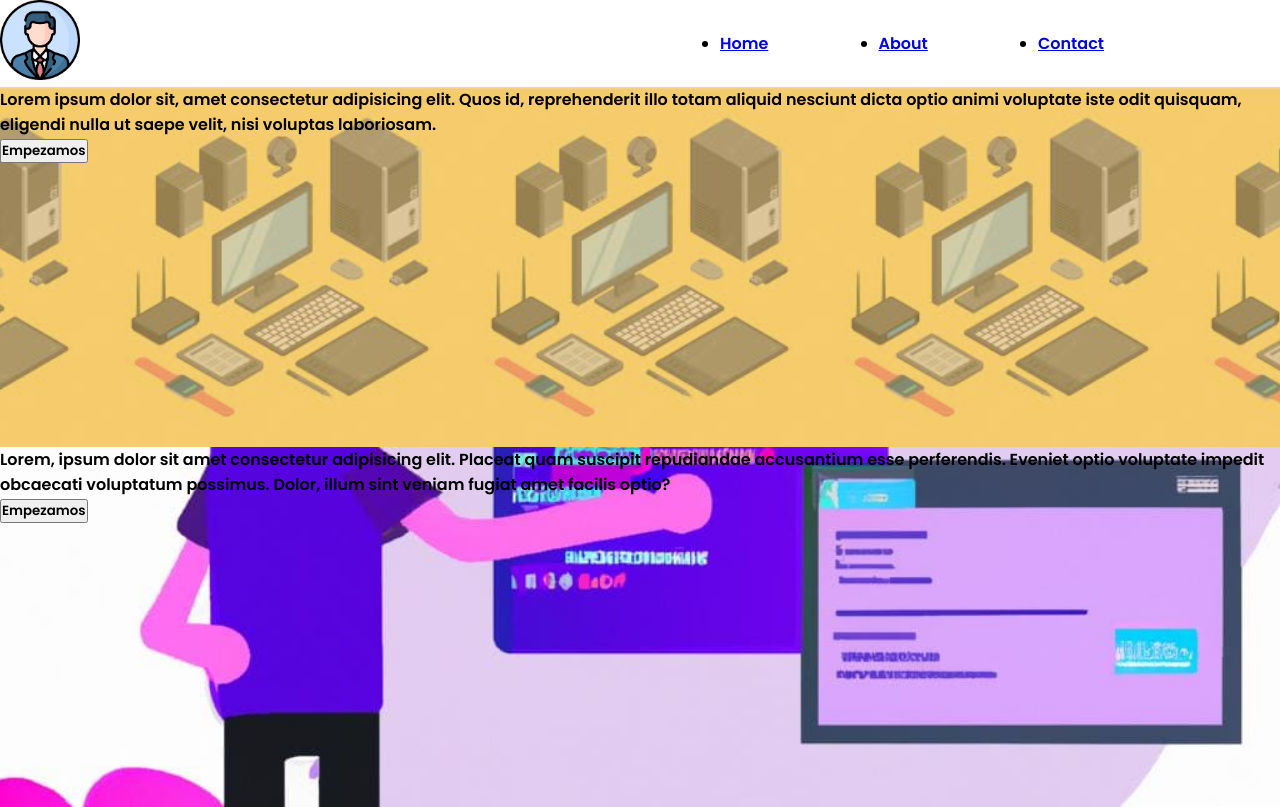
Repository: Sxcram02/projects
Page: screen-split/index.html
These files come from the project's save history. The page is drawn as it stood at one moment and after the next save; the edit follows.
The browser window is 1280 px wide. The pictures show the whole page.

Above is the page before, as saved 2023-03-17 00:30:37.

### screen-split/index.html
<!DOCTYPE html>
<html lang="en">
<head>
    <meta charset="UTF-8">
    <meta http-equiv="X-UA-Compatible" content="IE=edge">
    <meta name="viewport" content="width=device-width, initial-scale=1.0">
    <link rel="stylesheet" href="https://cdn.jsdelivr.net/npm/boxicons@latest/css/boxicons.min.css">
    <link rel="stylesheet" href="style/index.css" type="text/css">
    <title>Screen Split</title>
</head>
<body>
    <div class="root-element">
    <header>
        <div class="image-perfil">
            <img src="media/Sin título.png" class="photoPerfil" alt="">
        </div>
        <nav>
            <ul>
                <li><a href="/index.html">Home</a></li>
                <li><a href="#">About</a></li>
                <li><a href="#">Contact</a></li>
            </ul>
        </nav>
    </header>
    <main>
        <aside class="box-text">
            <div class="image-filterHard">
            <p>Lorem ipsum dolor sit, amet consectetur adipisicing elit. Quos id, reprehenderit illo totam aliquid nesciunt dicta optio animi voluptate iste odit quisquam, eligendi nulla ut saepe velit, nisi voluptas laboriosam.</p>
            <button>Empezamos</button>
            </div>
        </aside>
        <aside class="box-software">
            <div class="image-filterSoft">
            <p>Lorem, ipsum dolor sit amet consectetur adipisicing elit. Placeat quam suscipit repudiandae accusantium esse perferendis. Eveniet optio voluptate impedit obcaecati voluptatum possimus. Dolor, illum sint veniam fugiat amet facilis optio?</p>
            <button>Empezamos</button>
            </div>
        </aside>
    </main>
    </div>
</body>
</html>

### screen-split/style/index.css
@import url('https://fonts.googleapis.com/css2?family=Poppins:ital,wght@0,600;0,700;0,800;1,700&display=swap');

* {
    padding: 0;
    margin: 0;
    box-sizing: border-box;
    font-family: 'Poppins',sans-serif;
}

header {
    width: 100vw;
    display: flex;
    justify-content: start;
    align-items: center;
}

.photoPerfil {
    width: 80px;
}

nav {
    margin-left: 50%;
    width: 30%;
}

nav ul {
    display: flex;
    justify-content: space-between;
    align-items: center;
}

main {
    width:100vw;
    height: 50vh;
}

aside {
    width: 100%;
    height: 100%;
}

.box-text {
    background-image: url(../media/hardware.jpeg);
    background-position: center;
    background-size: contain;
}

.box-software {
    background-image: url(../media/software.jpg);
    background-position: center;
    background-size: cover;
}

.image-filterHard {
    background-color: rgba(237, 194, 100, 0.508);
    height: 100%;
}

/* @media screen and (min-width:1000px){
    nav {
        width: 50%;
    }

    main {
        flex-direction: row;
    }

    div {
        width: 50%;
        height: 100vh;
    }
} */

After the next save:
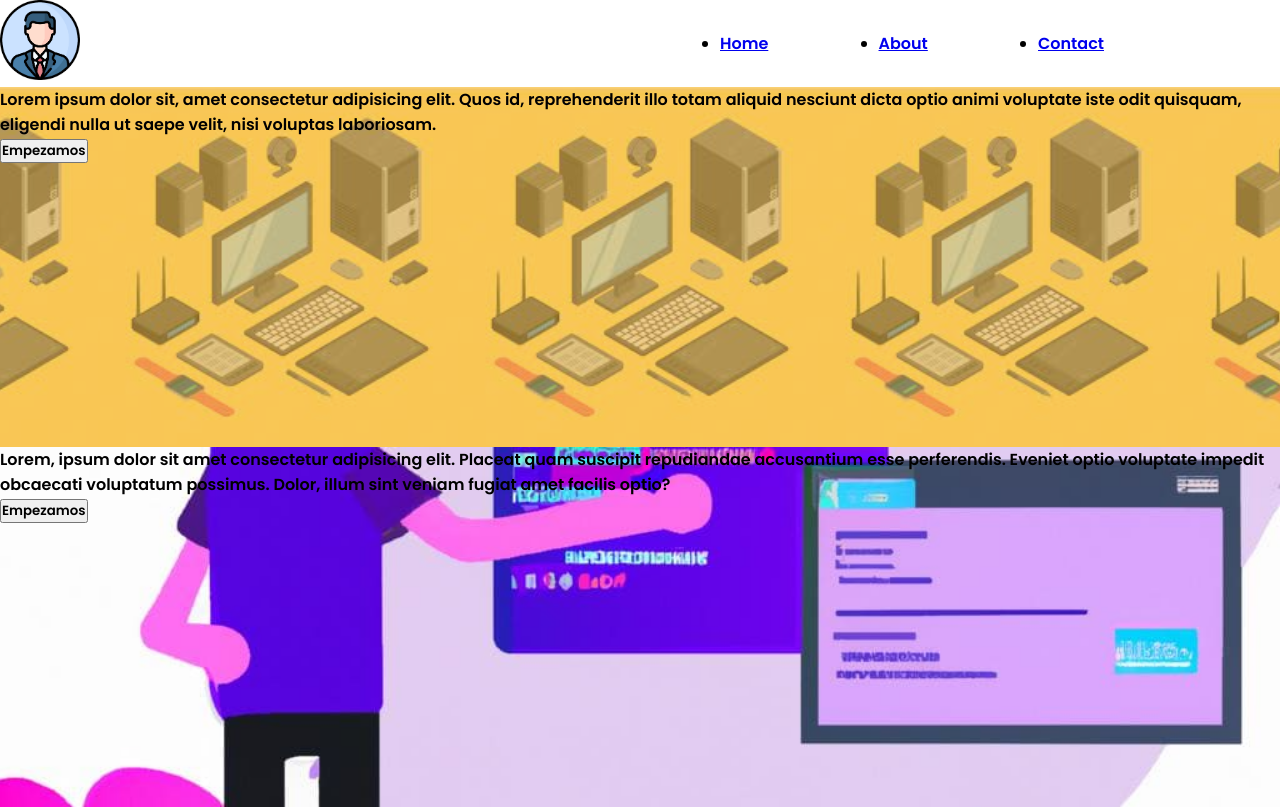
Saved 5 s later.
--- a/screen-split/style/index.css
+++ b/screen-split/style/index.css
@@ -52,7 +52,7 @@ aside {
 }
 
 .image-filterHard {
-    background-color: rgba(237, 194, 100, 0.508);
+    background-color: rgba(243, 184, 56, 0.508);
     height: 100%;
 }
 
